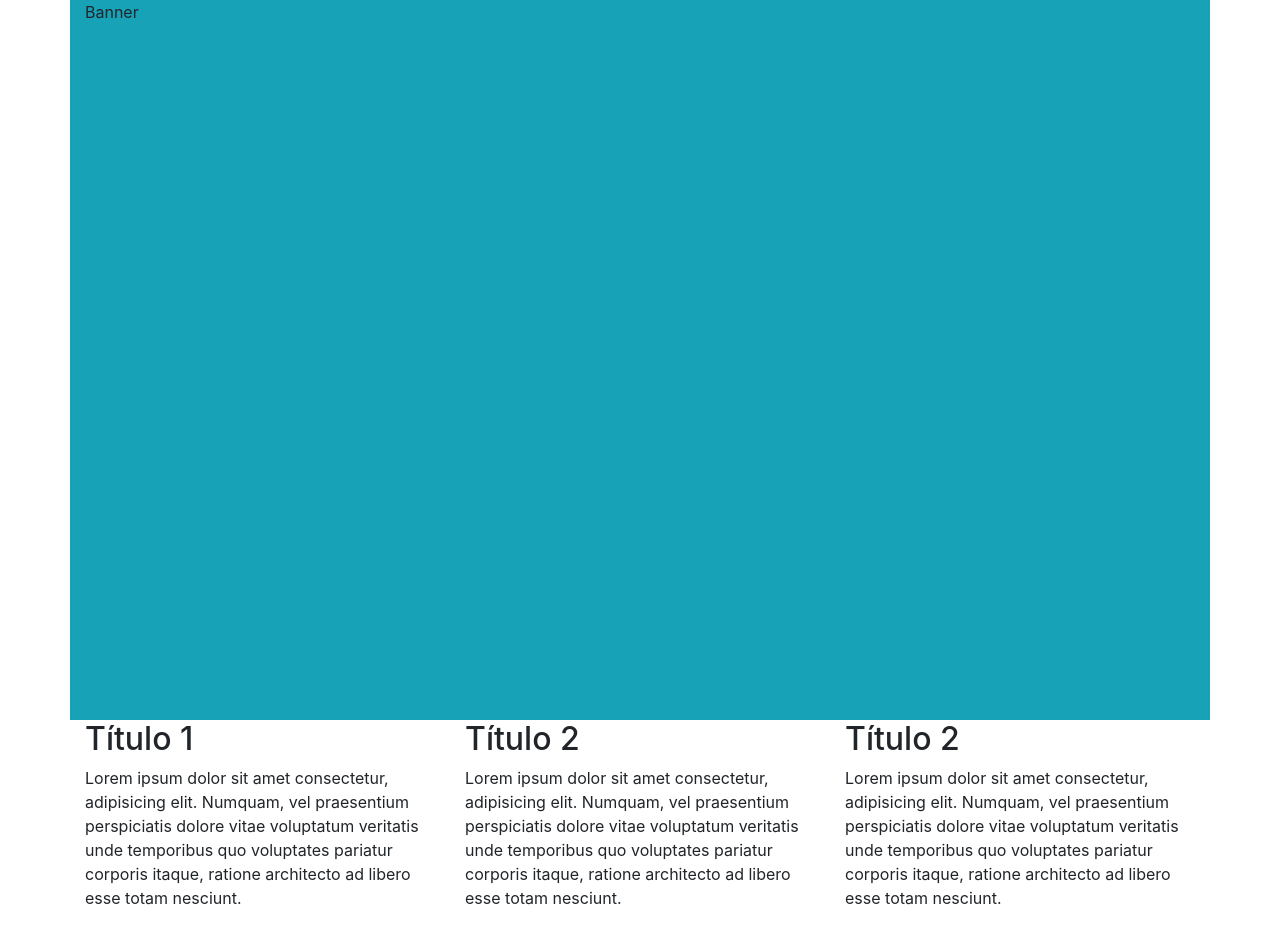
Repository: woodyalan/bootstrap-4
Page: conteudo.html
An editor plug-in stored every save of this project. The page is shown before and after the next save, followed by the edit.
The browser window is 1280 px wide. The pictures show the whole page.

Above is the page before, as saved 2020-09-08 22:30:16.

After the next save:
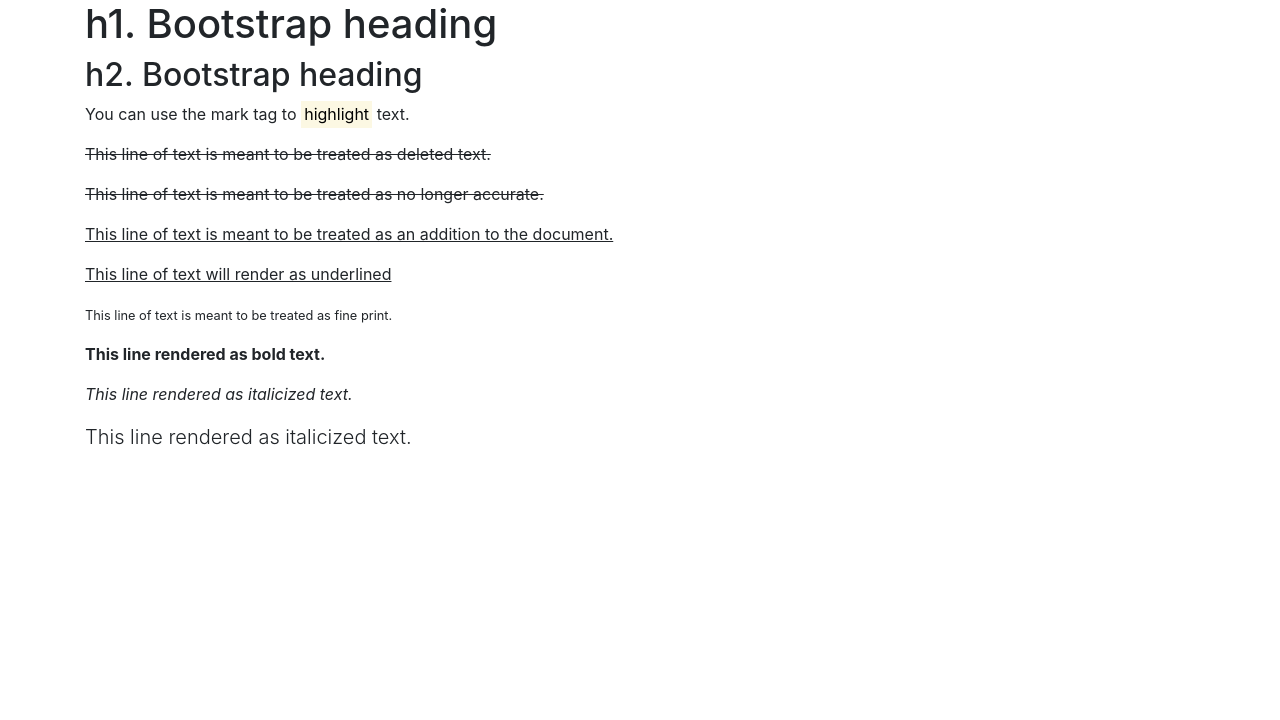
Saved 15 s later.
--- a/conteudo.html
+++ b/conteudo.html
@@ -12,56 +12,19 @@
   </head>
   <body>
     <div class="container">
-      <!-- <h1>OlA Bootstrap!</h1>
+      <h1>h1. Bootstrap heading</h1>
+      <h2>h2. Bootstrap heading</h2>
 
-      <div class="row">
-        <div class="col-3 bg-primary">Area 1</div>
-        <div class="col-6 bg-success">Area 2</div>
-        <div class="col-3 bg-primary">Area 3</div>
-      </div>
+      <p>You can use the mark tag to <mark>highlight</mark> text.</p>
+      <p><del>This line of text is meant to be treated as deleted text.</del></p>
+      <p><s>This line of text is meant to be treated as no longer accurate.</s></p>
+      <p><ins>This line of text is meant to be treated as an addition to the document.</ins></p>
+      <p><u>This line of text will render as underlined</u></p>
+      <p><small>This line of text is meant to be treated as fine print.</small></p>
+      <p><strong>This line rendered as bold text.</strong></p>
+      <p><em>This line rendered as italicized text.</em></p>
 
-      <div class="row">
-        <div class="col-6 col-lg-3 bg-primary">Area 1</div>
-        <div class="col-6 col-lg-6 bg-success">Area 2</div>
-        <div class="col-12 col-lg-3 bg-info">Area 3</div>
-      </div>
-
-      <div class="row">
-        <div class="col bg-primary">Area 1</div>
-        <div class="col bg-success">Area 2</div>
-        <div class="col bg-info">Area 3</div>
-      </div> -->
-
-      <div class="row">
-        <div class="col-12 banner bg-info">Banner</div>
-      </div>
-
-      <div class="row">
-        <div class="col-12 col-lg-4">
-          <h2>Título 1</h2>
-          <p>
-            Lorem ipsum dolor sit amet consectetur, adipisicing elit. Numquam, vel praesentium perspiciatis dolore vitae
-            voluptatum veritatis unde temporibus quo voluptates pariatur corporis itaque, ratione architecto ad libero
-            esse totam nesciunt.
-          </p>
-        </div>
-        <div class="col-12 col-lg-4">
-          <h2>Título 2</h2>
-          <p>
-            Lorem ipsum dolor sit amet consectetur, adipisicing elit. Numquam, vel praesentium perspiciatis dolore vitae
-            voluptatum veritatis unde temporibus quo voluptates pariatur corporis itaque, ratione architecto ad libero
-            esse totam nesciunt.
-          </p>
-        </div>
-        <div class="col-12 col-lg-4">
-          <h2>Título 2</h2>
-          <p>
-            Lorem ipsum dolor sit amet consectetur, adipisicing elit. Numquam, vel praesentium perspiciatis dolore vitae
-            voluptatum veritatis unde temporibus quo voluptates pariatur corporis itaque, ratione architecto ad libero
-            esse totam nesciunt.
-          </p>
-        </div>
-      </div>
+      <p class="lead">This line rendered as italicized text.</p>
     </div>
 
     <!-- JS, Popper e jQuery -->
